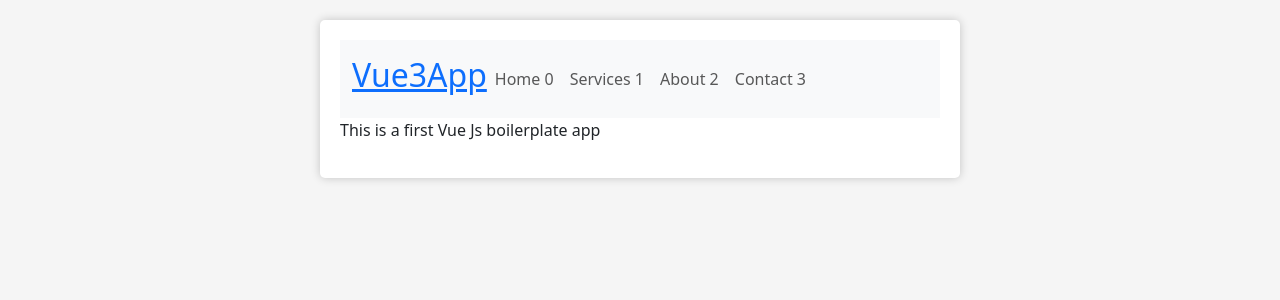
Repository: feyroozecode/intro-vue3-app
Page: index.html
These files come from the project's save history. The page is drawn as it stood at one moment and after the next save; the edit follows.
The browser window is 1280 px wide. The pictures show the whole page.

Above is the page before, as saved 2023-08-14 09:21:23.

After the next save:
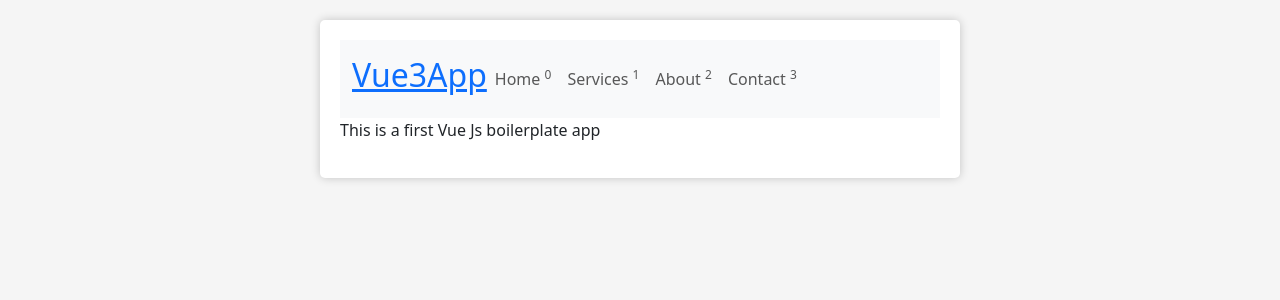
Saved 21 s later.
--- a/index.html
+++ b/index.html
@@ -36,7 +36,7 @@
                             aria-current="page"
                             :href="link.url"
                             :title="`This link go to the ${link.text} page `"
-                        > {{ link.text  }} {{ index }} </a>
+                        > {{ link.text  }} <sup> {{ index }}</sup> </a>
                    </li>
 
                 </ul>
